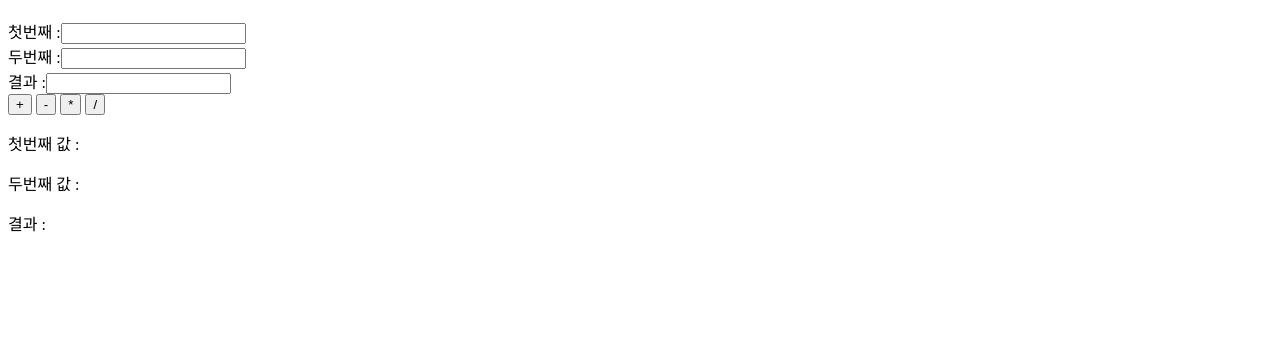
Repository: seonyeob94/BasicWeb
Page: webpro/src/main/webapp/0318/함수예제.html
The author's editor kept a copy of each file at every save. The page is drawn from the files as they stood at one save, then again after the next save.
The browser window is 1280 px wide. The pictures show the whole page.

Above is the page before, as saved 2025-03-18 00:44:19.

After the next save:
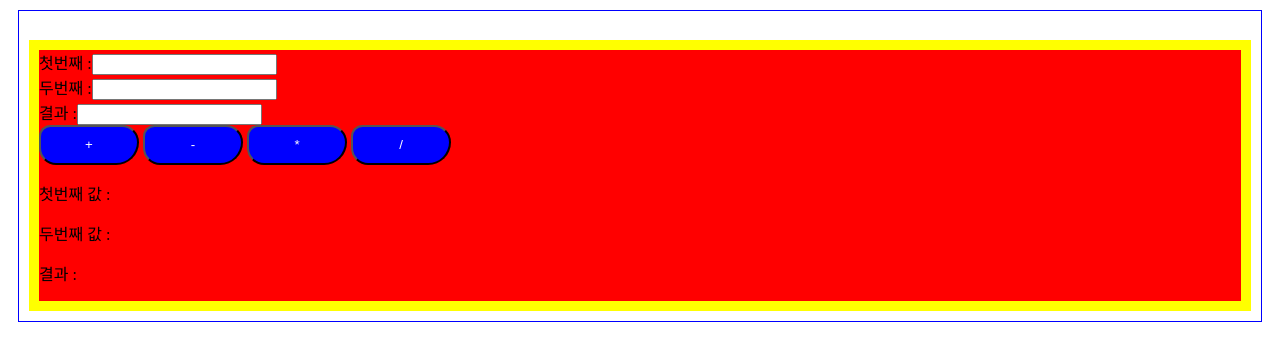
Saved 97 s later.
--- a/webpro/src/main/webapp/0318/함수예제.html
+++ b/webpro/src/main/webapp/0318/함수예제.html
@@ -3,6 +3,7 @@
 <head>
 <meta charset="UTF-8">
 <title>Insert title here</title>
+<link rel="stylesheet" href="../css/public.css">
 <script type="text/javascript">
 //const calc = function(op){}
 
